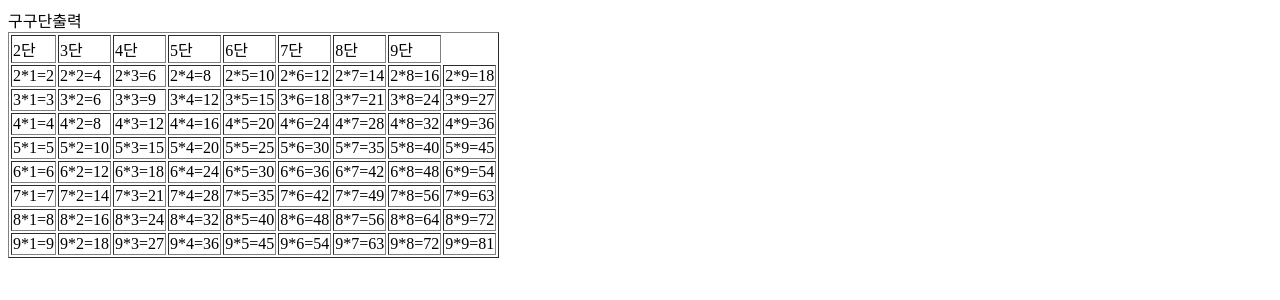
Repository: ment0715/20201113
Page: http://localhost/chap02/ex0501.jsp
These files come from the project's save history. The page is drawn as it stood at one moment and after a run of saves; the edit follows.
The browser window is 1280 px wide. The pictures show the whole page.
The page is served by Tomcat 9.

Above is the page before, as saved 2020-11-09 02:26:45.

After the next 2 saves:
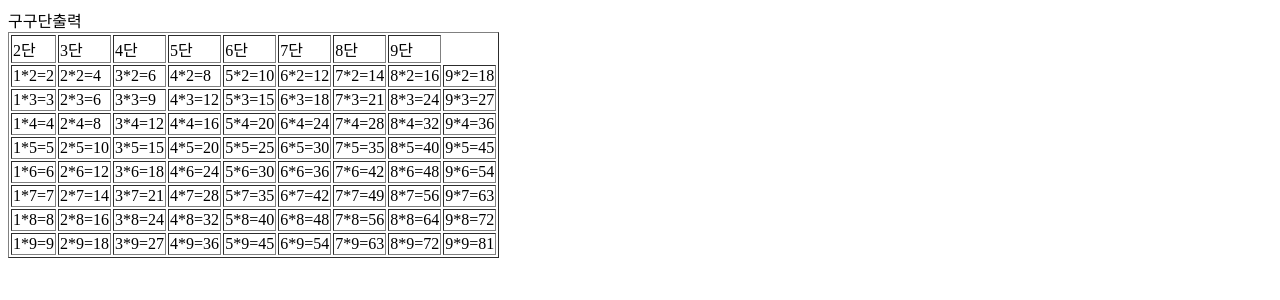
The 2 saves are shown as one change because 1 did not build or start.
The last was saved 2 min 48 s later.
--- a/chap02/WebContent/ex0501.jsp
+++ b/chap02/WebContent/ex0501.jsp
@@ -14,9 +14,9 @@
 <td>6단</td><td>7단</td><td>8단</td><td>9단</td>
 </tr>
 <%
-	for(int i = 2; i <10; i++) {
+	for(int j = 2; j <10; j++) {
 		out.println("<tr>");
-		for(int j = 1; j < 10; j++) {
+		for(int i = 1; i < 10; i++) {
 			out.println("<td>"+i+"*"+j+"="+(i*j)+"</td>");
 		}
 		out.println("</tr>");

After the save that followed:
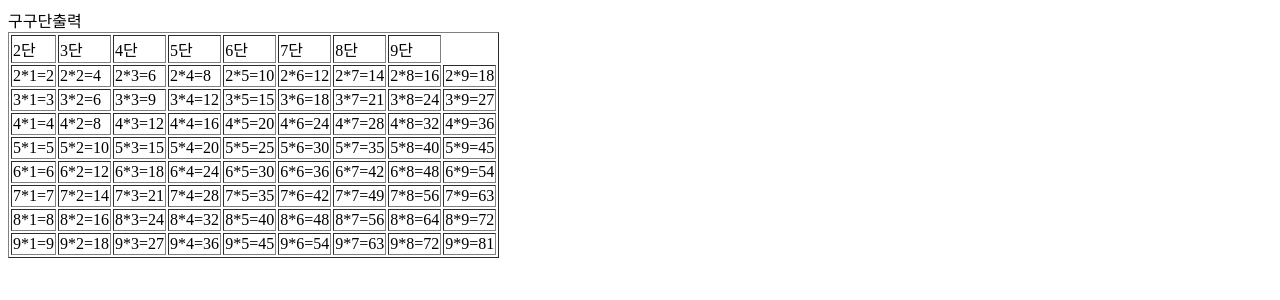
Saved 21 s later.
--- a/chap02/WebContent/ex0501.jsp
+++ b/chap02/WebContent/ex0501.jsp
@@ -17,7 +17,7 @@
 	for(int j = 2; j <10; j++) {
 		out.println("<tr>");
 		for(int i = 1; i < 10; i++) {
-			out.println("<td>"+i+"*"+j+"="+(i*j)+"</td>");
+			out.println("<td>"+j+"*"+i+"="+(i*j)+"</td>");
 		}
 		out.println("</tr>");
 	}
